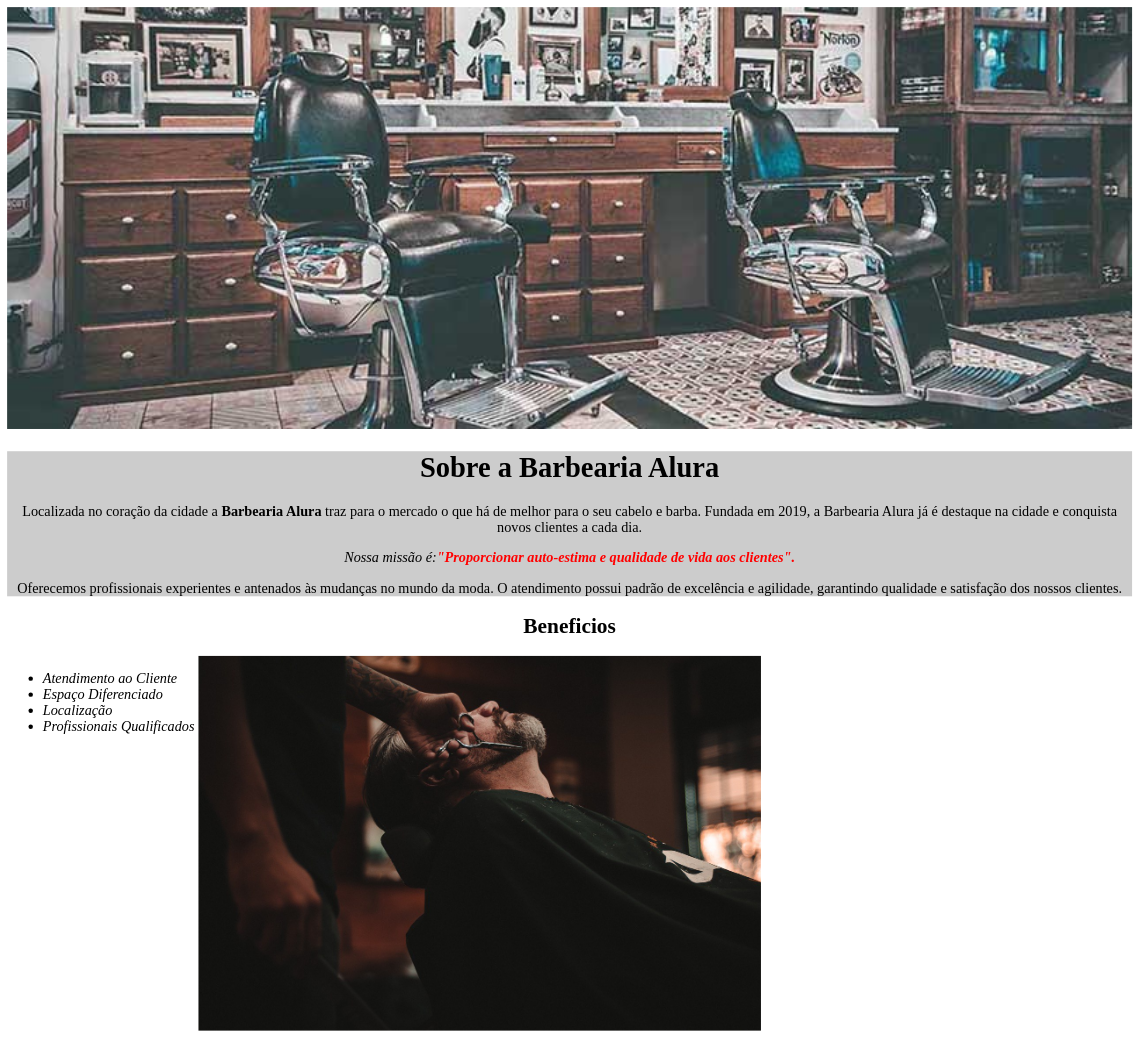
Repository: AnaBerlanda/AulaAlura
Page: index.html
These files come from the project's save history. The page is drawn as it stood at one moment and after the next save; the edit follows.
The browser window is 1280 px wide. The pictures show the whole page, at 89% of full size.

Above is the page before, as saved 2022-04-08 15:04:19.

### index.html
<!DOCTYPE html>
<html lang="pt-br">

<head>
    <meta charset="utf-8" />
    <title>Barbearia Alura</title>
    <link type="text/css" rel="stylesheet" href="index.css">
</head>
<body>
    <img id="banner" src="imagem/banner.jpg">
    <div class="principal">

        <h1>Sobre a Barbearia Alura</h1>
        <p>Localizada no coração da cidade a <strong> Barbearia Alura</strong> traz para o mercado o que há de melhor para o seu cabelo e barba.
        Fundada em 2019, a Barbearia Alura já é destaque na cidade e conquista novos clientes a cada dia.</p>
        <p><em>Nossa missão é:<strong>"Proporcionar auto-estima e qualidade de vida aos clientes".</strong></em></p>
        <p>Oferecemos profissionais experientes e antenados às mudanças no mundo da moda.
        O atendimento possui padrão de excelência e agilidade, garantindo qualidade e satisfação dos nossos clientes.</p>
    </div>
    <div class="beneficios">
        <h2>Beneficios</h2>

        <ul>
            <li class="itens">Atendimento ao Cliente</li>
            <li class="itens">Espaço Diferenciado</li>
            <li class="itens">Localização</li>
            <li class="itens">Profissionais Qualificados</li>
        </ul>

        <img src="imagem/beneficios.jpg" class="imgbeneficios">
    </div>













</body>

### index.css
p{
    text-align: center;
}
em strong{
    color: red;
}
h1{
    text-align: center;
}
#banner{
    width: 100%;
}
.principal{
    background-color:#CCCCCC;


}
.itens{
    font-style: italic;
}
.beneficios{
    background-color:#FFFFFF;
}
h2{
    text-align: center;
}
ul{
    display: inline-block;
    vertical-align: top;
}
.imgbeneficios{
    width: 50%;
}

After the next save:
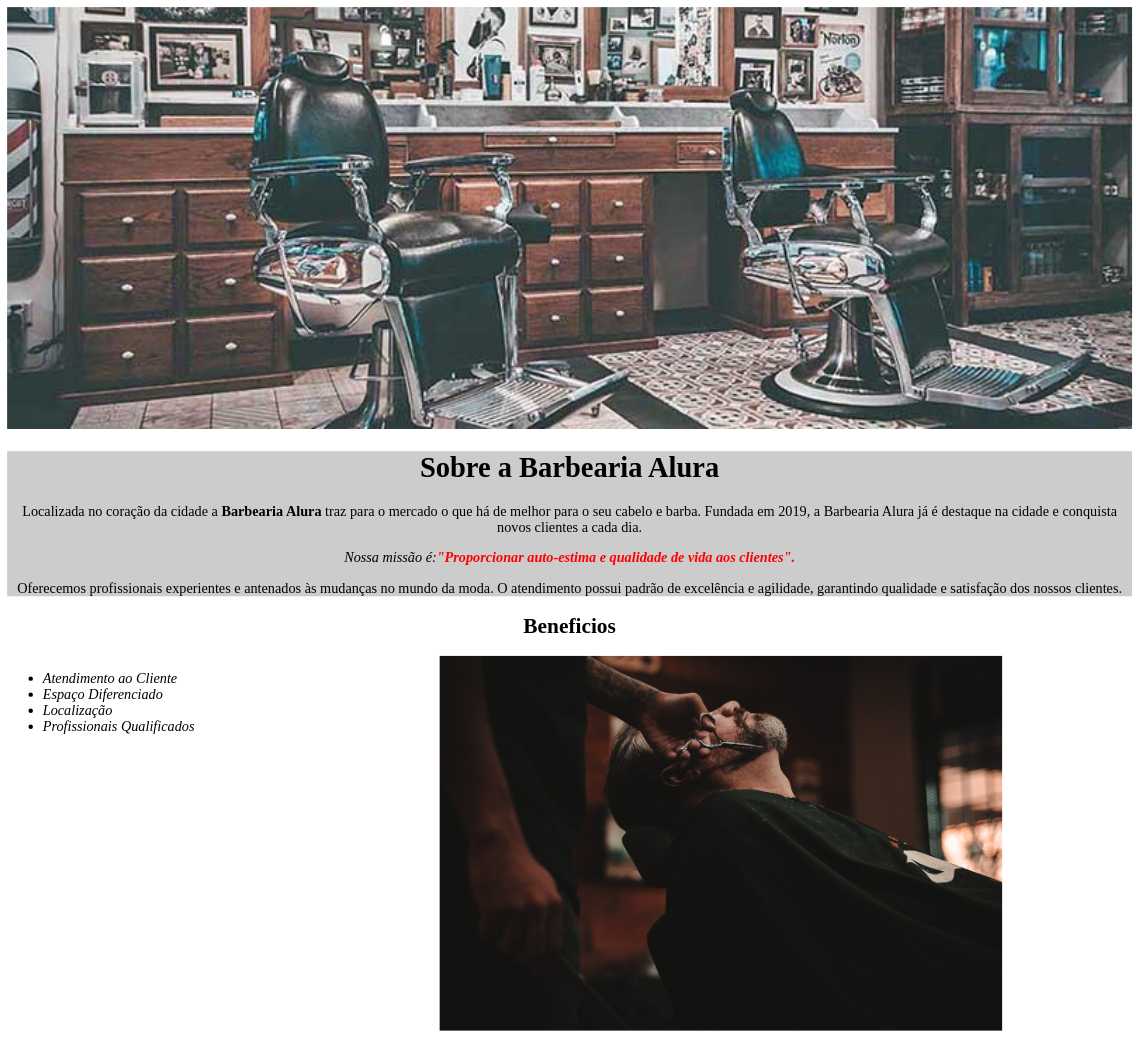
Saved 94 s later.
--- a/index.css
+++ b/index.css
@@ -27,6 +27,8 @@ h2{
 ul{
     display: inline-block;
     vertical-align: top;
+    width: 20%;
+    margin-right: 15% ;
 }
 .imgbeneficios{
     width: 50%;
